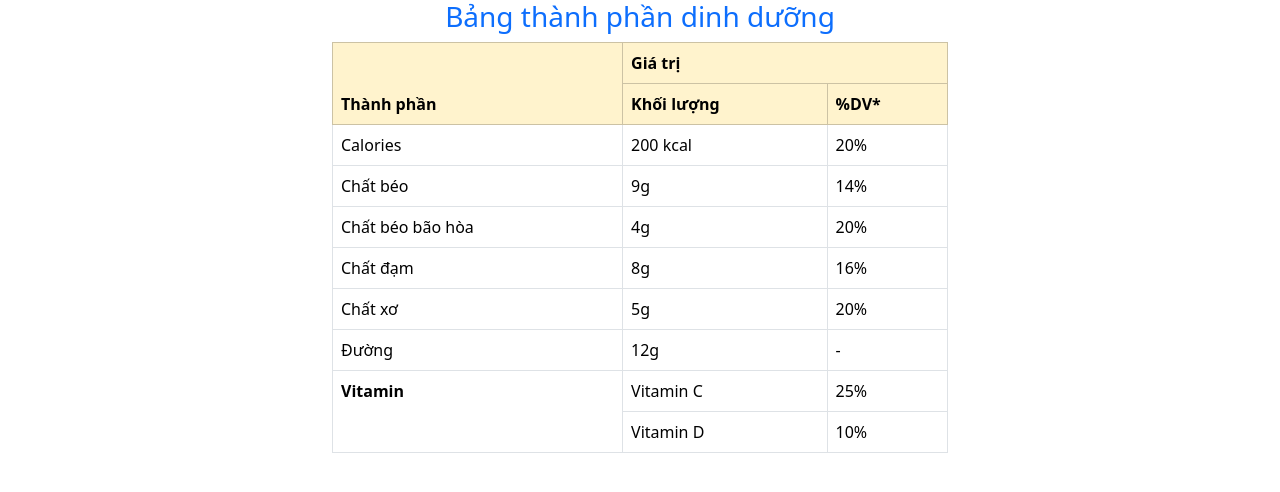
Repository: KizukoHeiwa/SOF308
Page: Lab2/bai1.html
An editor plug-in stored every save of this project. The page is shown before and after the next save, followed by the edit.
The browser window is 1280 px wide. The pictures show the whole page.

Above is the page before, as saved 2024-11-07 10:08:59.

After the next save:
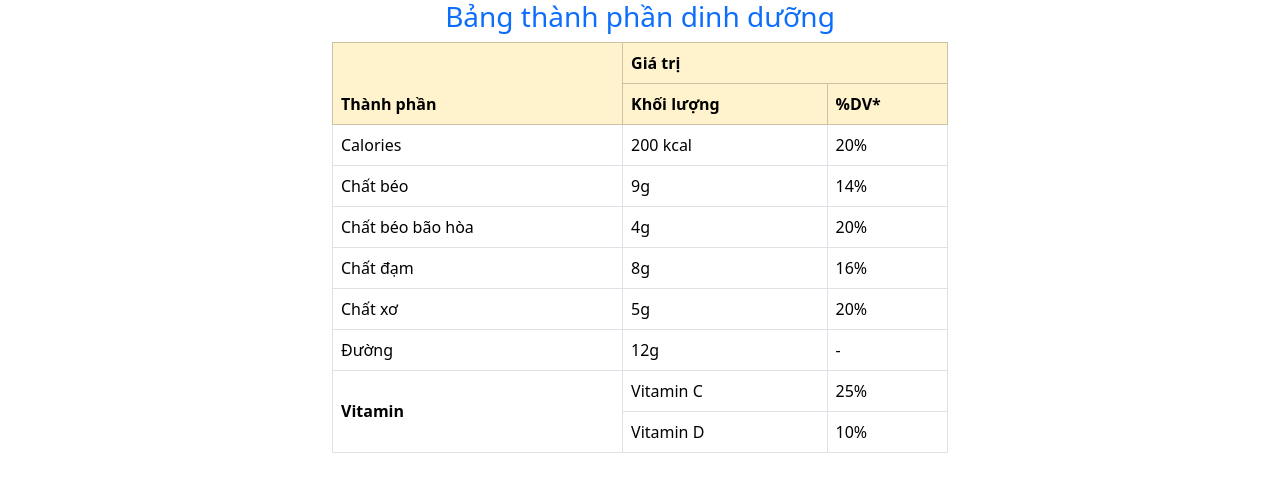
Saved 53 s later.
--- a/Lab2/bai1.html
+++ b/Lab2/bai1.html
@@ -10,7 +10,7 @@
 <body>
     <div class="container-fluid w-50">
         <h3 class="text-center text-primary">Bảng thành phần dinh dưỡng</h3>
-        <table class="table table-bordered align-items-center">
+        <table class="table table-bordered align-middle">
             <thead class="table-warning">
                 <tr>
                     <th rowspan="2">Thành phần</th>
